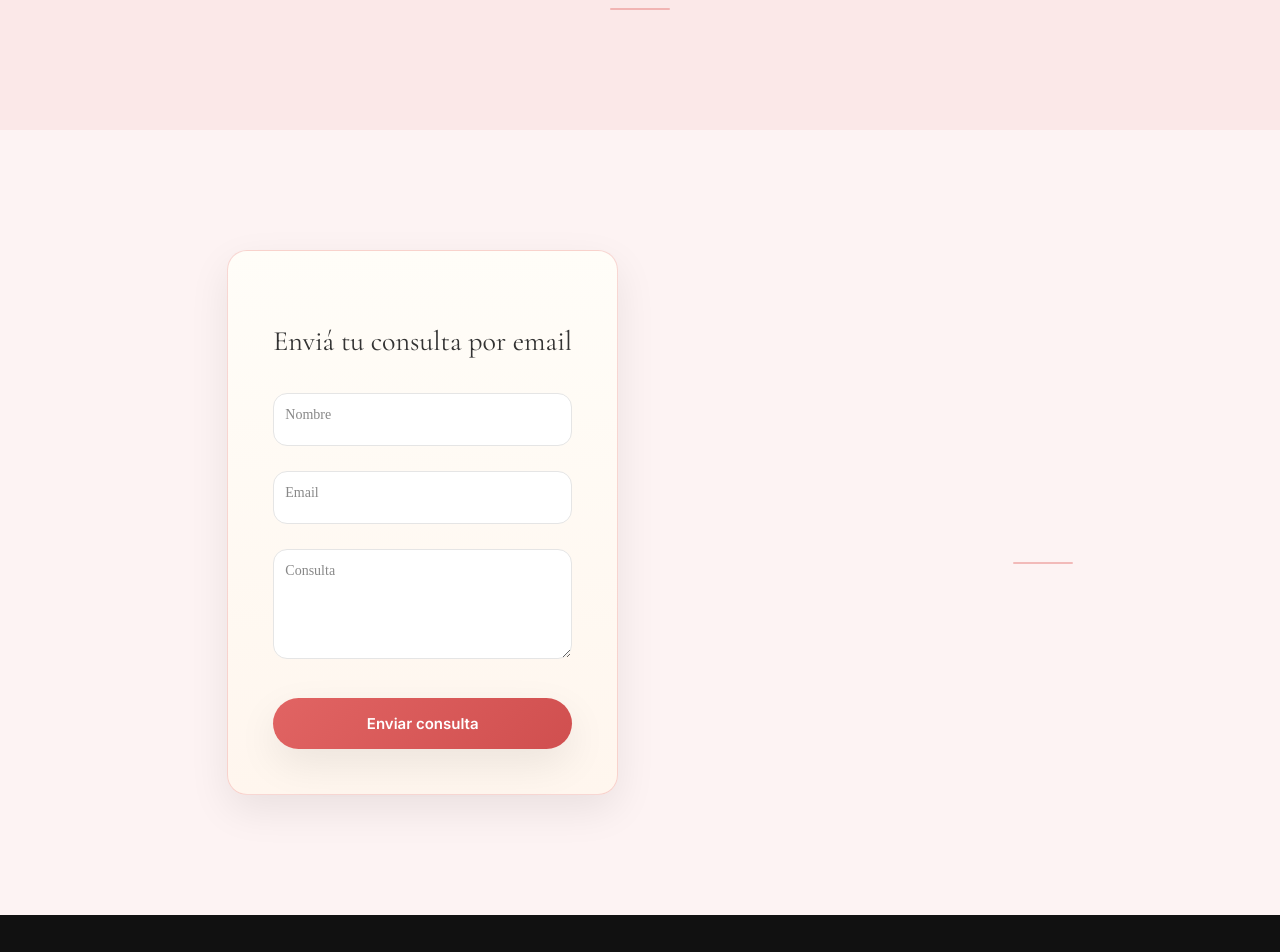
Repository: thiagobal1891-sudo/paginaweb
Page: pages/agenda.html
An editor plug-in stored every save of this project. The page is shown before and after the next save, followed by the edit.
The browser window is 1280 px wide. The pictures show the part of the page from y = 1129 to 2081 px (the page is 2383 px tall before and 2424 px after).
Some web fonts or font styles are not loaded; a fallback is used.

Above is the page before, as saved 2026-03-11 13:22:22.
Console error: ReferenceError: emailjs is not defined

### pages/agenda.html
<!DOCTYPE html>
<html lang="es">

<head>
  <meta charset="UTF-8">
  <meta name="viewport" content="width=device-width, initial-scale=1.0">
  <title>Fabiana Cosmetóloga</title>

  <!-- 🎨 Estilos locales -->
  <link rel="stylesheet" href="../css/style.css">

  <!-- 🪶 Tipografías -->
  <link rel="preconnect" href="https://fonts.googleapis.com">
  <link rel="preconnect" href="https://fonts.gstatic.com" crossorigin>
  <link
    href="https://fonts.googleapis.com/css2?family=Melodrama:wght@400;500;600;700&family=Inter:wght@100..900&family=Poppins:wght@100..900&family=Cormorant+Garamond:wght@300..700&display=swap"
    rel="stylesheet">

  <!-- ⭐ Font Awesome -->
  <link rel="stylesheet" href="https://cdnjs.cloudflare.com/ajax/libs/font-awesome/6.5.0/css/all.min.css"
    crossorigin="anonymous" referrerpolicy="no-referrer" />
</head>

<body>
  <header>
    <div class="container">
      <a href="../index.html" class="logo">
        <img src="../media/logo.png" alt="Logo de la marca">
      </a>
      <nav>
        <a href="servicios.html">SERVICIOS</a>
        <a href="agenda.html">AGENDA</a>
        <a href="info.html">INFO</a>
        <a href="contacto.html">CONTACTO</a>
      </nav>
    </div>
  </header>
<section id="agenda-ya" class="appear">

<div class="section-title">
  <h2>Agenda tu próxima cita</h2>
  <p>Elegí el horario disponible</p>
</div>

<div class="agenda-card">
  <iframe
  src="https://calendar.google.com/calendar/appointments/schedules/AcZssZ2eKdgVxdvbgrkUTVsqOwalHssheLS5kVcqAfOLuK-u68fTKpPQHXKQoJWOc8hcPsaKt-rAaWGU?gv=true"
  width="100%"
  height="600"
  style="border:0">
  </iframe>
</div>

</section>


<section id="consultas">

<div class="container">

<div class="consulta-card">

<h3>Enviá tu consulta por email</h3>

<form id="consulta-form">

<div class="form-group">
<input type="text" name="user_name" required placeholder=" ">
<label>Nombre</label>
</div>

<div class="form-group">
<input type="email" name="user_email" required placeholder=" ">
<label>Email</label>
</div>

<div class="form-group">
<textarea name="message" rows="4" required placeholder=" "></textarea>
<label>Consulta</label>
</div>

<button type="submit" class="btn-enviar">
Enviar consulta
</button>

</form>

</div>

</div>

</section>


<footer class="footer">
  <div class="footer-container">

    <!-- Marca -->
    <div class="footer-brand">
      <h3>Fabiana Cosmetóloga</h3>
      <p>Cuidado profesional para tu piel</p>
    </div>

    <!-- Links internos -->
    <div class="footer-links">
      <a href="../index.html">Inicio</a>
      <a href="../pages/servicios.html">Servicios</a>
      <a href="../pages/agenda.html">Agenda</a>
      <a href="../pages/info.html">Info</a>
      <a href="../pages/contacto.html">Contacto</a>
    </div>

    <!-- Redes -->
    <div class="footer-social">
      <a href="https://wa.me/59894623252" target="_blank">
        <i class="fa-brands fa-whatsapp"></i>
      </a>
      <a href="https://www.instagram.com/fabicosmetologa" target="_blank">
        <i class="fa-brands fa-instagram"></i>
      </a>
    </div>

  </div>

  <div class="footer-bottom">
    <p>© 2026 Fabiana Cosmetóloga · Todos los derechos reservados</p>
  </div>
</footer>

  <!-- 📧 EmailJS -->
  <script src="https://cdn.jsdelivr.net/npm/emailjs-com@3/dist/email.min.js"></script>

  <!-- 🧠 Archivo JS externo -->
  <script src="../script.js" defer></script>


</body>

</html>

### css/style.css
@charset "UTF-8";

* {
  box-sizing: border-box;
}

html {
  scroll-behavior: smooth;
}


body {
  font-family: "Melodrama", serif;
  margin: 0;
}

@keyframes appear {
  from {
    opacity: 0;
    scale: 0.5;
  }
  to {
    opacity: 1;
    scale: 1;
  }
}
.appear{
opacity:0;
transform:translateY(40px);
transition:all .8s ease;
}

.appear.show{
opacity:1;
transform:translateY(0);
}
h1 {
  font-size: 3rem;
  line-height: 1.1;
}

h2 {
  font-size: 2rem;
  line-height: 1.2;
}

p {
  font-size: 1rem;
  line-height: 1.6;
}

h3 {
  font-size: 0.9em;
  font-family: "Inter", sans-serif;
  font-weight: 400;
  letter-spacing: 1.5px;
  color: #f3c1c1; /* tono más delicado que rojo fuerte */
  text-transform: uppercase;
}

section{
position:relative;
}

section::after{
content:"";
display:block;
width:60px;
height:2px;
background:#E16463;
margin:80px auto 0;
opacity:.4;
border-radius:2px;
}


.info_carta {
  font-size: 0.75em;
  color: #f2f2f2;
  font-family: "Inter", sans-serif;
  line-height: 1;
  margin-bottom: 2px;
  max-width:450px;
}


ul {
  list-style: none;
  padding-left: 0;
  font-size: 0.75em;
  font-family: "Inter", sans-serif;
  color: #ffffff;
}

ul li {
  margin-bottom: 4px;
  line-height: 1.3;
  padding-left: 22px;
  position: relative;
  opacity: 0.95;
  transition: transform 0.3s ease, opacity 0.3s ease;
}


ul li::before {
  content: "✧";
  position: absolute;
  left: 0;
  top: 0;
  color: #f3c1c1;
  font-size: 0.75em;
}


button {
  font-size: 1.5em;
  font-weight: 400;
  padding: 10px 30px;
  border-radius: 10px;
  border: 1.5px solid rgb(84, 84, 84);
  box-shadow: 0 15px 40px rgba(0,0,0,.08);
  color: white;
  background-color: #d86a6a;
  font-family: "Inter", sans-serif;
  transition: all 0.3s ease;
  cursor: pointer;
  font-weight: bold;
}

button:hover {
  background-color: white;
  color: #E16463;
  border-color: white;
}

.container {
  max-width: 1400px;
  margin: auto;
  padding:0 20px;
}
.container > *:not(:last-child){
margin-bottom:40px;
}
header {
  position: fixed;
  width: 100%;
  top: 0;
  left: 0;
  background-color: white;
  z-index: 1000;
  max-height: 120px;
  box-shadow: 0 15px 40px rgba(0,0,0,.08);
}

header .logo {
  display: flex;
  align-items: center;
  justify-content: flex-start;
}

header .logo img {
  width: 140px;
  /* ajusta según tu diseño */
  height: 90px;
  border-radius: 2px;
  margin-bottom: 10px;
}

header .container {
  display: flex;
  flex-direction: column;
  align-items: center;
}

header nav {
  display: flex;
  flex-direction: row;
  /* 🔹 cambia "column" por "row" */
  justify-content: center;
  /* opcional: centra los ítems horizontalmente */
  align-items: center;
  /* opcional: los alinea verticalmente */
  text-align: center;
}

header a {
  padding: 0px 5px;
  text-decoration: none;
  color: rgb(84, 84, 84);
  display: inline-block;
  font-family: "Inter", sans-serif;
  margin: 0 5px;
  font-size:14px;
letter-spacing:1px;
}

header a:hover {
  color:#E16463;
}

#hero {
    display: flex;
    align-items: flex-start;
    justify-content: center;
    text-align: left;
    flex-direction: column;
    min-height: 90vh;
    background-image: linear-gradient(0deg, rgba(0, 0, 0, 0.5),
      rgba(0, 0, 0, 0.5)),
      url("../media/fotopiel-rutina-de-skincare-cuidado-facial.webp");
      background-repeat: no-repeat;
      background-size: cover;
      background-position: center center; }

#hero h1 {
  color: white;
  font-family: "Cormorant Garamond";
  font-weight: 600;
  align-self: flex-start;
  text-align: left;
  padding-left: 50px;
  font-size: 5.5rem;
  max-width:700px;
  animation:heroFade 1.2s ease;
}
@keyframes heroFade{
from{
opacity:0;
transform:translateY(40px);
}
to{
opacity:1;
transform:translateY(0);
}
}
#hero button {
  font-size: 1.75em;
  align-self: flex-start;
  margin-left: 150px;
  margin-top: 25px;
  animation:heroFade 1.6s ease;
}


.section-title{
text-align:center;
margin-bottom:60px;
position:relative;
}

.section-title h2{
font-family:"Cormorant Garamond", serif;
font-size:36px;
font-weight:600;
color:#333;
margin-bottom:10px;
letter-spacing:0.5px;
}

.section-title p{
font-family:"Inter", sans-serif;
font-size:13px;
color:#777;
letter-spacing:1.5px;
text-transform:uppercase;
}

/* línea elegante */
.section-title::after{
content:"";
display:block;
width:60px;
height:2px;
background:#E16463;
margin:20px auto 0;
border-radius:2px;
}
.carousel_infocosmet {
  width: 100%;
  overflow: hidden;
  position: relative;
  background-color:  rgba(225,100,99,.15);
  padding:90px 0;
}
.carousel-track{
display:flex;
transition:transform .9s cubic-bezier(.22,.61,.36,1);
}
.slide{
min-width:100%;
width:100%;
flex-shrink:0;
display:flex;
align-items:flex-start;
justify-content:center;
gap:40px;
position:relative;
  opacity:1;
  transform:scale(1);
  transition:all .5s ease;
}
.slide.active{
opacity:1;
transform:scale(1);
}
.slide:hover img{
transform:scale(1.04);
}
.slide:hover .img-wrapper{
box-shadow:0 15px 40px rgba(0,0,0,.08);
}
.img-wrapper{
position:relative;
width:100%;
max-width:520px;
height:320px;
overflow:hidden;
border-radius:12px;
margin:0 auto;
display: block;
box-shadow:0 15px 40px rgba(0,0,0,.08);
transition:all .4s ease;
}

.img-wrapper .badge{
position:absolute;
left:12px;

display:inline-block;

background:rgba(0,0,0,0.55);
backdrop-filter:blur(4px);

color:white;
font-family:"Inter", sans-serif;
font-size:11px;
letter-spacing:1.5px;

padding:6px 14px;
border-radius:20px;

white-space:nowrap;

z-index:5;

box-shadow:0 15px 40px rgba(0,0,0,.08);
border:1px solid rgba(255,255,255,0.15);
}
.img-wrapper img {
width:100%;
height:100%;
object-fit:cover;
display: block;
transition:transform .6s ease, filter .6s ease;
}

.img-wrapper:hover{
transform:translateY(-4px);
box-shadow:0 15px 40px rgba(0,0,0,.08);
}
.badge.top{
top:12px;
}

.badge.bottom{
bottom:12px;
}
#infocosmet .img-wrapper{
position:relative;
overflow:hidden;
}

#infocosmet .badge{
position:absolute;
left:12px;
background:rgba(0,0,0,.55);
backdrop-filter:blur(4px);
color:white;
font-family:"Inter",sans-serif;
font-size:11px;
letter-spacing:1.5px;
padding:6px 14px;
border-radius:20px;
white-space:nowrap;
z-index:20;
}

#infocosmet .badge.top{
top:12px;
}

#infocosmet .badge.bottom{
bottom:12px;
}


#Tratamientos .container{
  background: linear-gradient(180deg, #fffdf8, #fff6ee);
  box-shadow: 0 15px 40px rgba(0,0,0,.08);
}




.carousel-wrapper{
overflow:hidden;
max-width:1200px;
margin:0 auto;
position:relative;
}

/* TRACK */
.carta-tratamientos{
display:flex;
gap:30px;
overflow-x:auto;
scroll-snap-type:x mandatory;
scroll-behavior:smooth;
padding:10px;
}

/* ocultar scrollbar */
.carta-tratamientos::-webkit-scrollbar{
display:none;
}

/* CARTAS */
.carta{
flex:0 0 100%;
scroll-snap-align:center;
height:520px;
border-radius:12px;
background:white;
padding:40px;
background-size:cover;
background-position:center;
position:relative;
overflow: hidden;
}

.carta::before{
content:"";
position:absolute;
top:0;
left:0;
width:100%;
height:3px;
background:#E16463;
transform:scaleX(0);
transform-origin:left;
transition:transform 0.3s ease;
}

.carta:hover::before{
transform:scaleX(1);
}
/* Asegura que el contenido quede arriba */
.carta > * {
  position: relative;
  z-index: 2;
}
.carta h3{
margin-bottom:10px;
}

.carta p{
margin-bottom:10px;
}

.carta ul{
margin-top:10px;
}

.carta:hover::after{
left:100%;
}



.carta:hover ul li {
  transform: translateX(4px);
  opacity: 1;
}
.carta:hover h3{
color:#E16463;
}
.carta,
.agenda-card,
.consulta-card{
transition:all .35s ease;
}

.carta:hover,
.agenda-card:hover,
.consulta-card:hover{
transform:translateY(-6px);
box-shadow:0 20px 50px rgba(0,0,0,.12);
}
/* FLECHAS */
.arrow {
  all: unset;              /* 🔥 reset total del botón */
  position: absolute;
  top: 50%;
  transform: translateY(-50%);
  z-index: 999;
  width: 40px;
  height: 40px;
  border-radius: 50%;
  background: rgba(0,0,0,0.6);
  color: white;
  display: flex;
  align-items: center;
  justify-content: center;
  cursor: pointer;
}


.arrow.left {
  left: 15px;
}

.arrow.right {
  right: 15px;
}


.carta:first-child {
  background-image: linear-gradient(0deg, rgba(0, 0, 0, 0.5), rgba(0, 0, 0, 0.5)), url("../media/Tratamientos-3.jpg");
}

.carta:nth-child(2) {
  background-image: linear-gradient(0deg, rgba(0, 0, 0, 0.5), rgba(0, 0, 0, 0.5)), url("../media/Tratamientos-2.jpg");
}

.carta:nth-child(3) {
  background-image: linear-gradient(0deg, rgba(0, 0, 0, 0.5), rgba(0, 0, 0, 0.5)), url("../media/Tratamientos-1.jpg");
}

.carta:nth-child(4) {
  background-image: linear-gradient(0deg, rgba(0, 0, 0, 0.5), rgba(0, 0, 0, 0.5)), url("../media/Tratamientos-1.jpg");
}

.carta:nth-child(5) {
  background-image: linear-gradient(0deg, rgba(0, 0, 0, 0.5), rgba(0, 0, 0, 0.5)), url("../media/Tratamientos-2.jpg");
}

.carta:nth-child(6) {
  background-image: linear-gradient(0deg, rgba(0, 0, 0, 0.5), rgba(0, 0, 0, 0.5)), url("../media/Tratamientos-1.jpg");
}

.carta:nth-child(7) {
  background-image: linear-gradient(0deg, rgba(0, 0, 0, 0.5), rgba(0, 0, 0, 0.5)), url("../media/Tratamientos-1.jpg");
}

#caracteristicas {
  background: #fff9ec;
  padding: 180px 20px;
}

#caracteristicas .container {
  display: flex;
  justify-content: center;
}

#caracteristicas .contact-card {
  width: 100%;
  max-width: 700px;
  background: #fffdf8;
  border: 2px solid #E16463;
  border-radius: 30px;
  padding: 40px 50px;
  text-align: center;
  box-shadow: 0 15px 40px rgba(0,0,0,.08);
}


/* Títulos */
#caracteristicas .contact-card {
  background: linear-gradient(180deg, #fffdf8, #fff6ee);
  border: 2px solid rgba(225,100,99,.6);
  box-shadow: 0 15px 40px rgba(0,0,0,.08);
}


#caracteristicas .contact-card h3 {
  font-weight: normal;
  font-style: italic;
  margin-bottom: 40px;
  color: #E16463;
}

/* Items */
#caracteristicas .contact-item {
  display: flex;
  align-items: center;
  gap: 20px;
  text-align: left;
}

#caracteristicas .contact-item i {
  font-size: 28px;
  color: #E16463;
}

/* Textos */
#caracteristicas .label {
  display: block;
  font-size: 14px;
  opacity: 0.7;
}

#caracteristicas .valor {
  font-size: 18px;
  font-weight: 600;
  color: #E16463;
  text-decoration: none;
}

/* Separadores */
#caracteristicas .contact-card hr {
  border: none;
  border-top: 1px solid #E16463;
  margin: 25px 0;
}

#agenda-ya{
padding:120px 20px;
background:rgba(225,100,99,.15);
}

.agenda-card{
max-width:900px;
margin:auto;
background:white;
padding:30px;
border-radius:20px;
box-shadow:0 15px 40px rgba(0,0,0,.08);
border:1px solid rgba(225,100,99,.2);
}

/* contenedor elegante del calendario */
#agenda-ya iframe{
max-width:900px;
width:100%;
height:650px;
border-radius:20px;
background:white;
box-shadow:0 15px 40px rgba(0,0,0,.08);
border:1px solid rgba(225,100,99,.2);
padding:10px;
}

.contact-item a {
  position: relative;
  text-decoration: none;
  color: #E16463; /* color de marca */
  font-weight: 500;
}


.contact-item a::after {
  content: "";
  position: absolute;
  left: 0;
  bottom: -3px;
  width: 0;
  height: 1px;
  background-color: #E16463;
  transition: width 0.3s ease;
}

.contact-item a:hover::after {
  width: 100%;
}

.link-icon {
  font-size: 0.15em;   /* más pequeño */
  margin-left: 4px;
  opacity: 0.6;       /* más sutil */
  transition: all 0.3s ease;
}
.contact-item a:hover .link-icon {
  opacity: 1;
  transform: translateY(-1px);
}


#consultas{
padding:120px 20px;
background:rgba(225,100,99,.08);
display:flex;
justify-content:center;
align-items:center;
}
.consulta-card{
background:linear-gradient(180deg,#fffdf8,#fff6ee);
padding:45px;
border-radius:20px;
box-shadow:0 15px 40px rgba(0,0,0,.08);
width:100%;
max-width:600px;
border:1px solid rgba(225,100,99,.25);
margin:auto;
}
.consulta-card form{
margin-top:10px;
}
.consulta-card h3{
margin-bottom:35px;
text-align:center;
font-family:"Cormorant Garamond", serif;
font-size:28px;
color:#333;
letter-spacing:0;
text-transform:none;
}

/* INPUTS MODERNOS */
.form-group {
  position: relative;
  margin-bottom: 25px;
}
.form-group input,
.form-group textarea{
width:100%;
padding:16px 14px;
border-radius:14px;
border:1px solid #e5e5e5;
font-size:15px;
font-family:"Inter", sans-serif;
outline:none;
transition:all .3s ease;
background:#fff;
}

.form-group input:focus,
.form-group textarea:focus{
border-color:#E16463;
box-shadow:0 0 0 3px rgba(225,100,99,.15);
}
/* LABEL flotante */
.form-group label {
  position: absolute;
  left: 12px;
  top: 14px;
  font-size: 14px;
  color: #888;
  transition: 0.3s ease;
  pointer-events: none;
}

.form-group input:focus + label,
.form-group input:not(:placeholder-shown) + label,
.form-group textarea:focus + label,
.form-group textarea:not(:placeholder-shown) + label {
  top: -8px;
  left: 10px;
  font-size: 12px;
  background: white;
  padding: 0 5px;
  color: #E16463;
}

.btn-enviar{
width:100%;
padding:16px;
border-radius:30px;
border:none;
background:linear-gradient(135deg,#E16463,#d04f4f);
color:white;
font-weight:600;
font-size:15px;
cursor:pointer;
transition:all .3s ease;
margin-top:10px;
}

.btn-enviar:hover{
transform:translateY(-2px);
box-shadow:0 15px 40px rgba(0,0,0,.08);
}

.sobre-nosotros {
  padding: 140px 10%;
  background-color: #f3f3f3;
}

.sobre-nosotros h2 {
  text-align: center;
  font-size: 2.2rem;
  color: #E16463;
  margin-bottom: 60px;
  font-weight: bold;
  margin-top: 100px;
}

.sobre-container {
  display: flex;
  align-items: center;
  justify-content: space-between;
  gap: 60px;
  flex-direction: column;
}

.sobre-texto {
  flex: 1;
  text-align: center;
  font-family: "Cormorant Garamond", serif;
  font-size: 28px;
}

.sobre-texto p {
  font-size: 1.8rem;
  line-height: 1.5;
  margin-bottom: 40px;
}

.link-servicios {
  display: block;
  margin-bottom: 20px;
  font-size: 1rem;
}

.btn-vermas {
  display: inline-flex;
  align-items: center;
  justify-content: center;
  padding: 12px 28px;
  border-radius: 6px;
  font-size: 1rem;
  cursor: pointer;
  font-style: italic;


  background-color: #E16463;   /* 🔥 faltaba esto */
  color: white;                /* 🔥 y esto */
  text-decoration: none;       /* 🔥 importante en <a> */
  border: 1.5px solid #E16463;
  transition: all 0.3s ease;
}

.btn-vermas:hover {
  background-color: white;
  color: #E16463;
}

.sobre-img {
  flex: 1;
}

.sobre-img img {
  width: 100%;
  height: auto;
  display: block;
}

.whatsapp-float{
position:fixed;
bottom:25px;
right:25px;
width:60px;
height:60px;
background:#25D366;
color:white;
border-radius:50%;
display:flex;
align-items:center;
justify-content:center;
font-size:30px;
box-shadow:0 15px 40px rgba(0,0,0,.08);
z-index:1000;
transition:all .3s ease;
}

.whatsapp-float:hover{
transform:scale(1.1);
}

.footer {
  background: #111;
  color: #fff;
  padding: 50px 20px 25px;
}

.footer-container {
  display: flex;
  flex-direction: column;
  align-items: center;
  gap: 35px;
  text-align: center;
}

/* Marca */
.footer-brand h3 {
  font-size: 20px;
  margin-bottom: 8px;
}

.footer-brand p {
  font-size: 14px;
  opacity: 0.7;
}

/* Links */
.footer-links {
  display: flex;
  flex-direction: column;
  gap: 15px;
}

.footer-links a {
  text-decoration: none;
  color: #fff;
  font-size: 15px;
  transition: 0.3s;
}

.footer-links a:active {
  color: #E16463;
}

/* Redes */
.footer-social {
  display: flex;
  gap: 30px;
  margin-top: 10px;
}

.footer-social a {
  font-size: 28px;
  color: #fff;
  transition: 0.3s;
}

.footer-social a:active {
  transform: scale(0.9);
  color: #E16463;
}

/* Línea inferior */
.footer-bottom {
  margin-top: 40px;
  padding-top: 20px;
  border-top: 1px solid rgba(255,255,255,0.15);
  font-size: 13px;
  opacity: 0.6;
}

@media (max-width:480px){

.img-wrapper{
height:240px;
}

}

@media (min-width: 768px){

#hero {
  align-items: center;
  text-align: center;
  padding: 0 10%;
}

#hero h1 {
  padding-left: 0;
  align-self: center;
}

#hero button {
  margin-left: 0;
  align-self: center;
}

header .container {
  flex-direction: row;
  justify-content: space-between;
  align-items: center;
  padding: 0 40px;
}

header nav {
  gap: 25px;
}

.slide {
  flex-direction: row;
  justify-content: center;
  gap: 40px;
}
.slide::after{
content:"";
position:absolute;
top:50%;
left:50%;
transform:translate(-50%,-50%);
width:1px;
height:70%;
background:linear-gradient(
to bottom,
transparent,
rgba(225,100,99,0.4),
transparent
);
pointer-events:none;
}

.slide img{
max-width:450px;
height:260px;
}

/* 🔥 CARRUSEL TRATAMIENTOS (ARREGLADO) */
.carta-tratamientos{
  display:flex;
  gap:30px;
}

.carta{
  flex:0 0 calc((100% - 30px) / 2);
  height:520px;
  border-radius:20px;
}

.sobre-container {
  flex-direction: row;
  align-items: center;
  text-align: left;
}

.sobre-texto {
  text-align: left;
}

.sobre-texto p {
  font-size: 1.5rem;
}

#caracteristicas {
  padding: 120px 20px;
}

.footer-container {
  flex-direction: row;
  justify-content: space-between;
  align-items: flex-start;
  text-align: left;
  max-width: 1200px;
  margin: auto;
}

}


@media (min-width: 1024px) {
  #hero {
  align-items: center;
  text-align: center;
  padding: 0 10%;
}

#hero h1 {
  font-size: 4.5em;
  padding-left: 0;
  align-self: center;
}

#hero button {
  margin-left: 0;
  align-self: center;
}
header .container {
  flex-direction: row;
  justify-content: space-between;
  align-items: center;
  padding: 0 40px;
}

header nav {
  gap: 25px;
}


.slide {
  display: flex;
  flex-direction: row;
  justify-content: center;
  gap: 40px;
}

/* Contenedor de cada imagen */
.img-wrapper {
  width: 450px;
  height: 260px;
  overflow: hidden;
  border-radius: 15px;
}

/* Imagen */
.img-wrapper img {
  width:100%;
  height:100%;
  object-fit:cover;
  display: block;
}

#Tratamientos {
  padding:120px 10%;
  background-color: rgba(225,100,99,.15);
}
#Tratamientos .container {
  background: linear-gradient(180deg, #fffdf8, #fff6ee);
  padding: 80px 0;
}


/* WRAPPER GENERAL */
.carousel-wrapper {
  overflow: hidden;
  max-width:1200px;
  margin:0 auto;
}

/* CONTENEDOR DE TODAS LAS CARTAS */
.carta-tratamientos{
display:flex;
gap:30px;
transition: transform 0.5s ease;
}

.carta{
flex:0 0 calc((100% - 30px) / 2);
min-height:520px;
height:auto;
border-radius:20px;
padding:50px 60px;
}




.arrow {
  all: unset;
  position: absolute;
  top: 50%;
  transform: translateY(-50%);
  z-index: 5;
  width: 40px;
  height: 40px;
  border-radius: 50%;
  color: white;
  display: flex;
  align-items: center;
  justify-content: center;
  cursor: pointer;
  background-color: rgba(225,100,99,.08);
}

.arrow.left {
  left: 10px;
}

.arrow.right {
  right: 10px;
}

.section-title h2{
font-size:42px;
}

.section-title{
margin-bottom:80px;
}

.sobre-container {
  flex-direction: row;
  align-items: center;
  text-align: left;
}

.sobre-texto {
  text-align: left;
}

.sobre-texto p {
  font-size: 1.5rem;
}
#caracteristicas {
  padding: 120px 20px;
}
#agenda-ya{
padding:120px 20px;
}
.footer-container {
  flex-direction: row;
  justify-content: space-between;
  align-items: flex-start;
  text-align: left;
  max-width: 1200px;
  margin: auto;
}


}

Loaded but not shown: script.js (122 lines, source omitted)

After the next save:
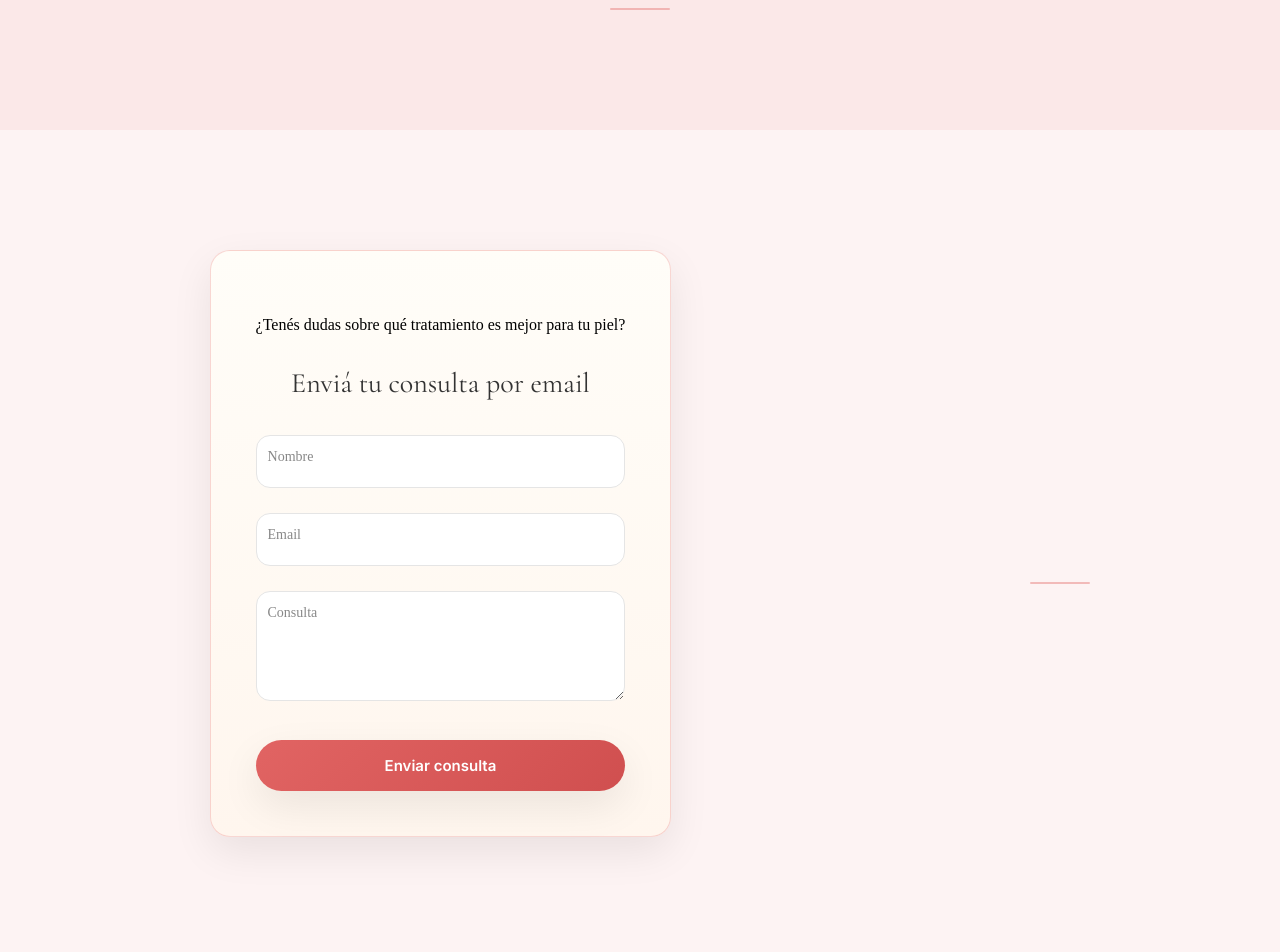
Saved 28 s later.
--- a/pages/agenda.html
+++ b/pages/agenda.html
@@ -59,7 +59,9 @@
 <div class="container">
 
 <div class="consulta-card">
-
+<p class="consulta-sub">
+¿Tenés dudas sobre qué tratamiento es mejor para tu piel?
+</p>
 <h3>Enviá tu consulta por email</h3>
 
 <form id="consulta-form">
